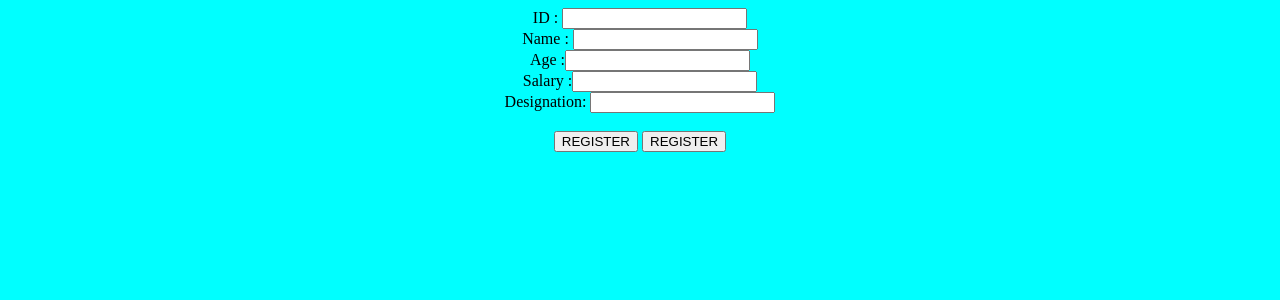
Repository: Thaneshwara848/JSP_Demo
Page: WebDemo1/src/main/webapp/Register.html
The author's editor kept a copy of each file at every save. The page is drawn from the files as they stood at one save, then again after the next save.
The browser window is 1280 px wide. The pictures show the whole page.

Above is the page before, as saved 2022-08-05 16:59:13.

### WebDemo1/src/main/webapp/Register.html
<!DOCTYPE html>
<html>
<head>
<meta charset="UTF-8">
<title>Insert title here</title>
</head>
<body bgColor="cyan">

<Div style="text-align: center;">
	<form action="">

	ID : <input type="text" name="uid"><br>
	Name : <input type="text" name="uname"><br>
	Age :<input type="text" name="uage"><br>
	Salary  :<input type="text" name="usalary"><br>
	Designation: <input type="text" name="udesig"><br> <br>

	<input type="Submit" value="REGISTER">

	<input type="reset" value="REGISTER">

	</form>
</Div>

</body>
</html>

After the next save:
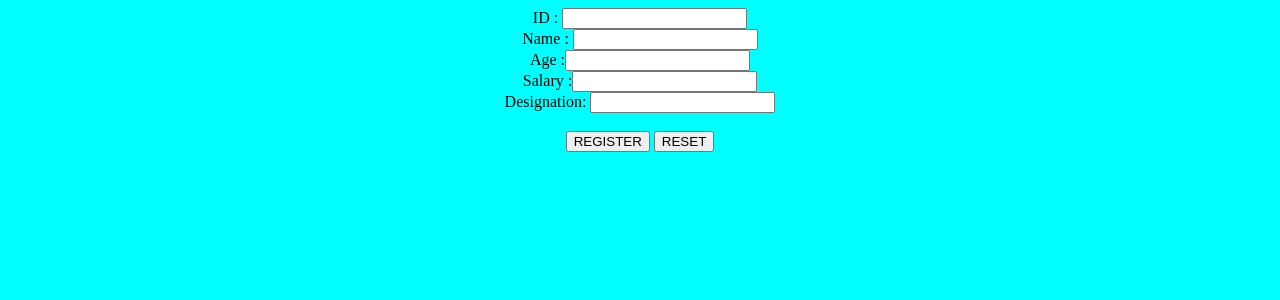
Saved 5 s later.
--- a/WebDemo1/src/main/webapp/Register.html
+++ b/WebDemo1/src/main/webapp/Register.html
@@ -17,7 +17,7 @@
 
 	<input type="Submit" value="REGISTER">
 
-	<input type="reset" value="REGISTER">
+	<input type="reset" value="RESET">
 
 	</form>
 </Div>
